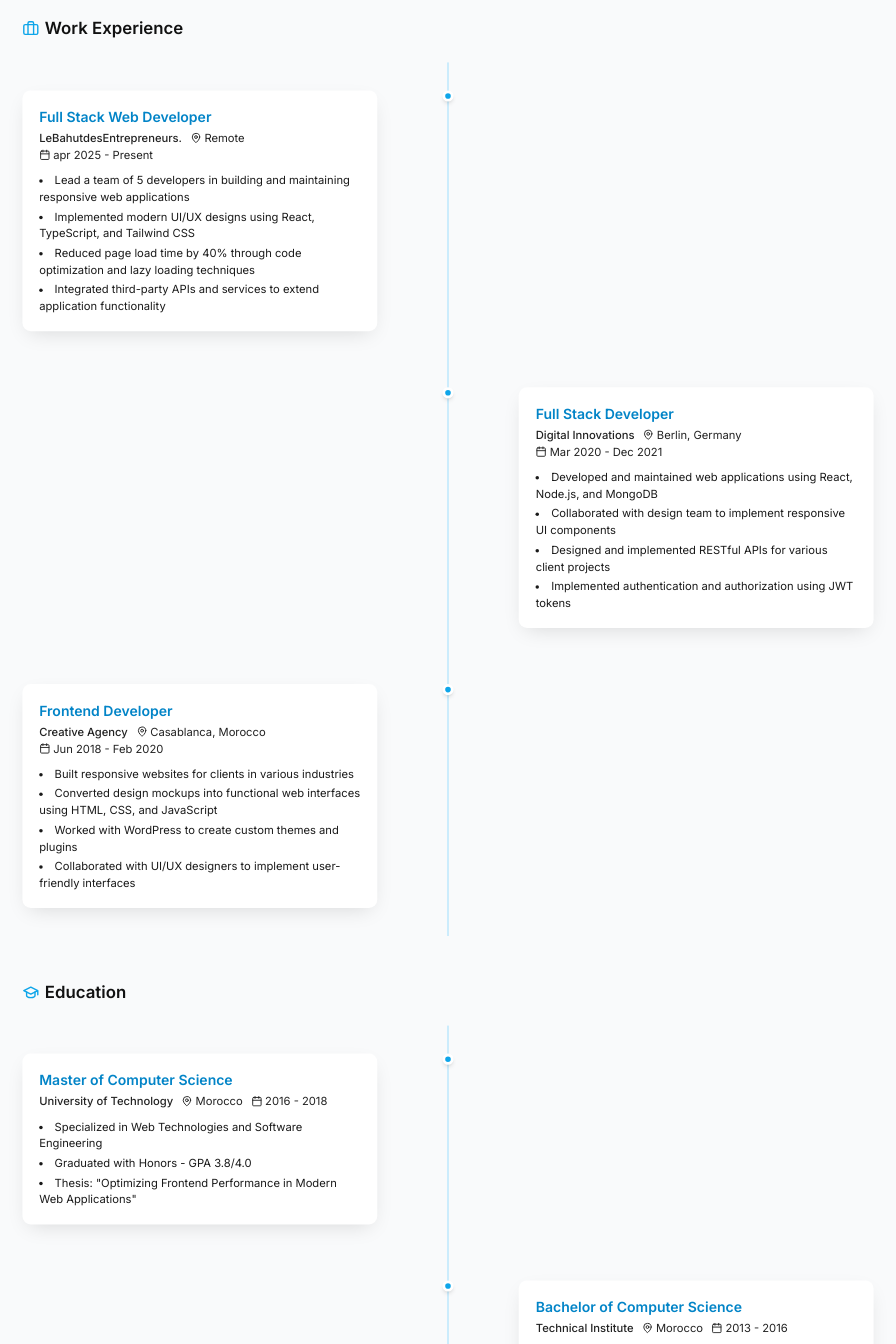
Repository: Abdelilah-Lakrim/Personal_Portfolio
Page: /
An editor plug-in stored every save of this project. The page is shown before and after a run of saves, followed by the edit.
The browser window is 1280 px wide. The pictures show the part of the page from y = 4123 to 6043 px (the page is 7929 px tall before and 7905 px after), at 70% of full size.
The project was rebuilt for these pictures with package versions that can differ from the ones it lists, and the page was loaded fresh each time. Also part of the build but not shown: vite.config.ts.

Above is the page before, as saved 2025-05-21 12:41:50.

After the next 2 saves:
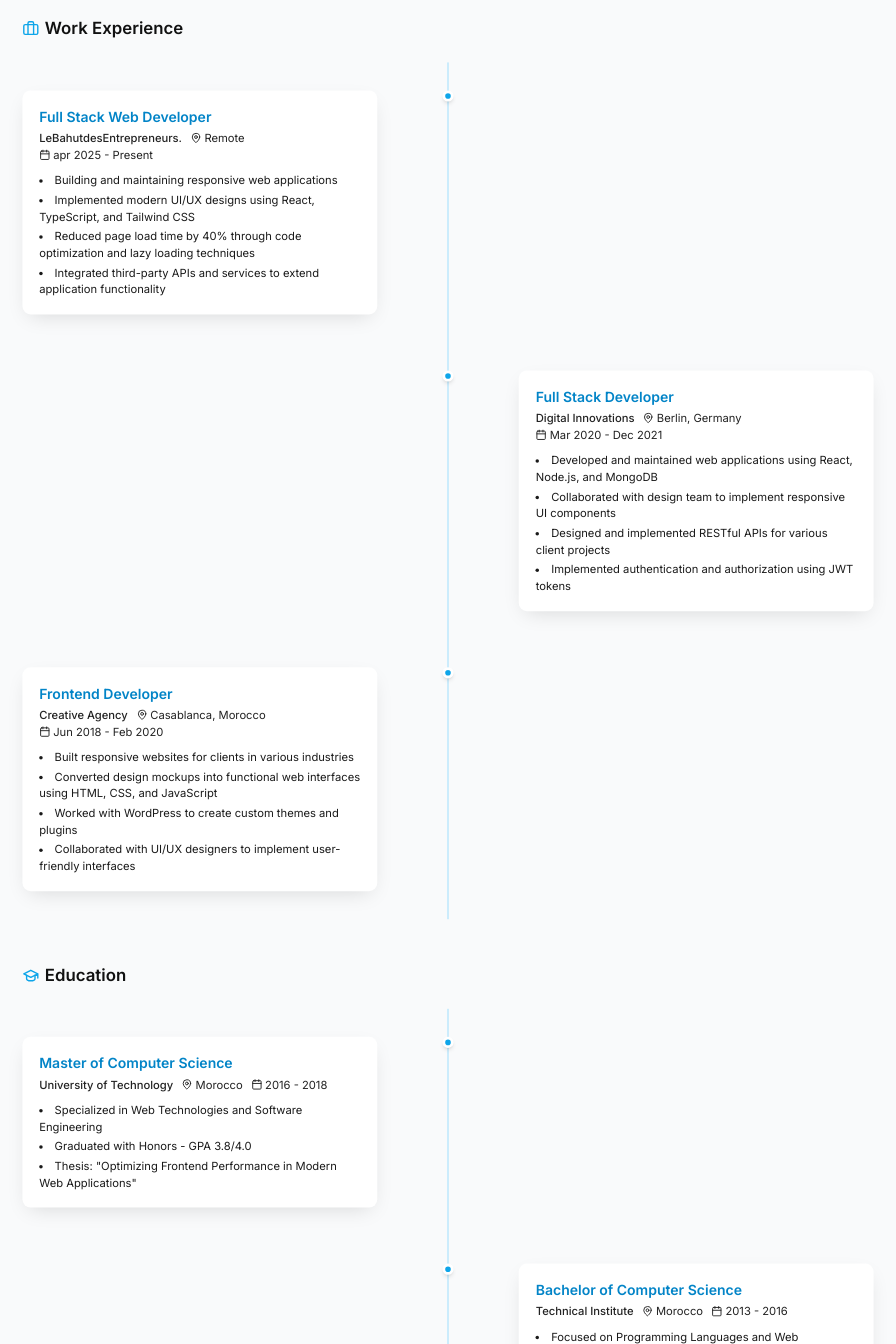
The 2 saves are shown as one change because they came seconds apart.
The last was saved 17 s later.
--- a/src/components/Experience.tsx
+++ b/src/components/Experience.tsx
@@ -20,7 +20,7 @@ const Experience: React.FC = () => {
       location: 'Remote',
       duration: 'apr 2025 - Present',
       description: [
-        'Lead a team of 5 developers in building and maintaining responsive web applications',
+        'Building and maintaining responsive web applications',
         'Implemented modern UI/UX designs using React, TypeScript, and Tailwind CSS',
         'Reduced page load time by 40% through code optimization and lazy loading techniques',
         'Integrated third-party APIs and services to extend application functionality',
